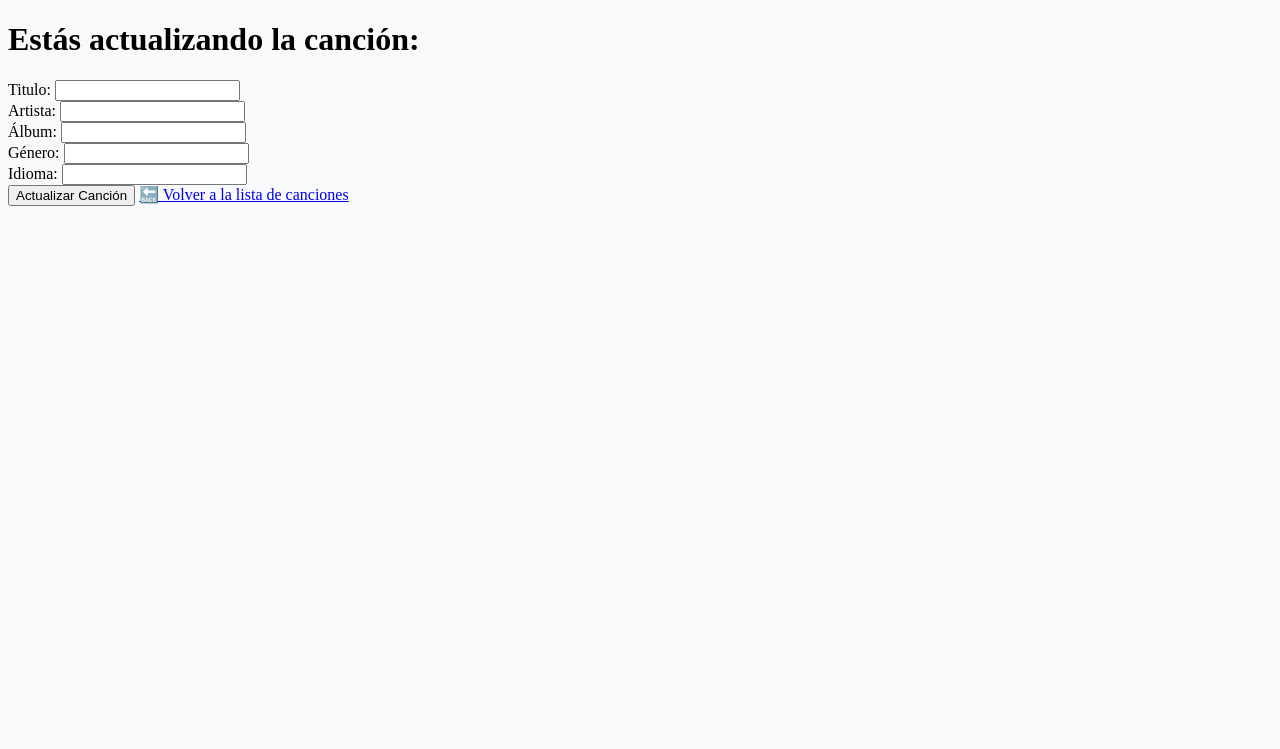
Repository: mariavanez/eliminar_canciones
Page: http://localhost/Canciones/WEB-INF/editarCancion.jsp
These files come from the project's save history. The page is drawn as it stood at one moment and after the next save; the edit follows.
The browser window is 1280 px wide. The pictures show the whole page.
The page is served by Tomcat 9. Nobody is signed in. The template is opened directly, without the code that normally fills it, so the values that code supplies are empty.

Above is the page before, as saved 2025-02-10 02:23:25.

After the next save:
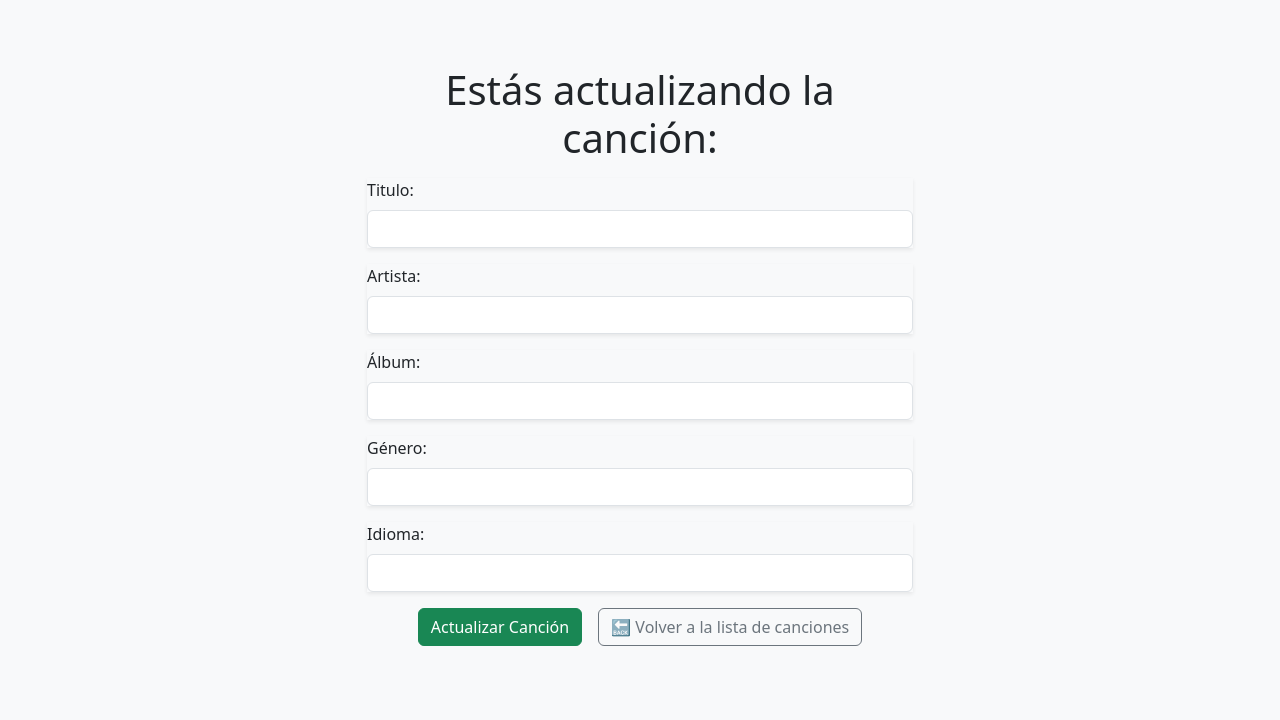
Saved 2 min 29 s later.
--- a/Canciones/src/main/webapp/WEB-INF/editarCancion.jsp
+++ b/Canciones/src/main/webapp/WEB-INF/editarCancion.jsp
@@ -7,6 +7,7 @@
 <head>
 <meta charset="UTF-8">
 <title>Editar la Canción: ${cancion.titulo}</title>
+<link href="https://cdn.jsdelivr.net/npm/bootstrap@5.3.3/dist/css/bootstrap.min.css" rel="stylesheet" integrity="sha384-QWTKZyjpPEjISv5WaRU9OFeRpok6YctnYmDr5pNlyT2bRjXh0JMhjY6hW+ALEwIH" crossorigin="anonymous">
 </head>
 <body class="d-flex justify-content-center align-items-center" style="min-height: 100vh; background-color: #f8f9fa;">
 	<main class="container">
